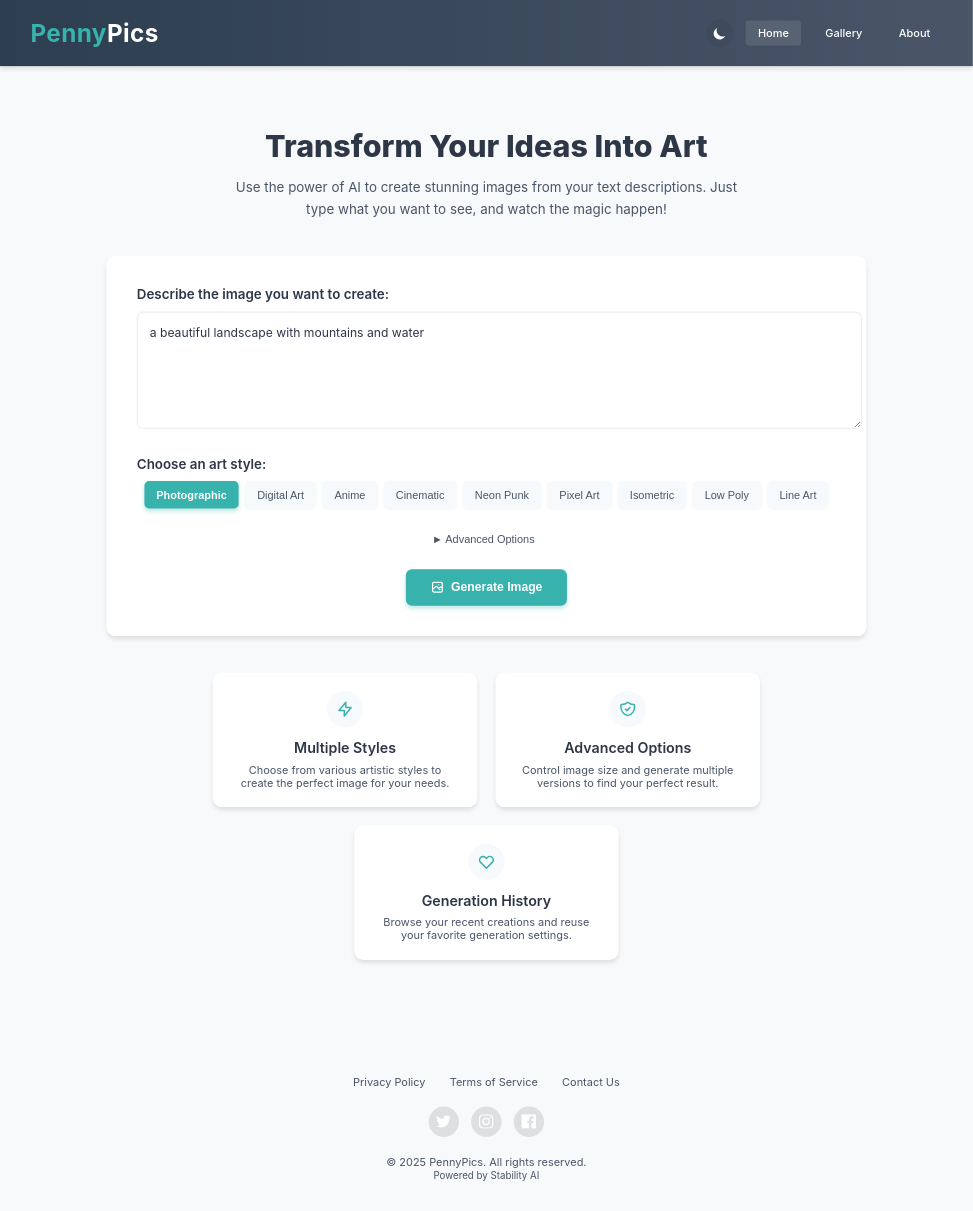
Repository: b0ase/pennypics
Page: /
An editor plug-in stored every save of this project. The page is shown before and after the next save, followed by the edit.
The browser window is 1280 px wide. The pictures show the whole page, at 76% of full size.
The project was rebuilt for these pictures with package versions that can differ from the ones it lists, and the page was loaded fresh each time. The framework's server and built-in components were replaced by stand-ins that run in the browser. Also part of the build but not shown: next.config.js.

Above is the page before, as saved 2025-04-10 14:01:06.

### pages/_app.js
import React, { createContext, useState, useEffect, useContext } from 'react';

// Create a context for dark mode
export const ThemeContext = createContext();

function MyApp({ Component, pageProps }) {
  const [darkMode, setDarkMode] = useState(false);

  // Check for saved user preference or system preference on initial load
  useEffect(() => {
    // Only run on client-side
    if (typeof window !== 'undefined') {
      const savedMode = localStorage.getItem('darkMode');
      if (savedMode !== null) {
        setDarkMode(savedMode === 'true');
      } else {
        // Check system preference
        const prefersDark = window.matchMedia('(prefers-color-scheme: dark)').matches;
        setDarkMode(prefersDark);
      }
    }
  }, []);

  // Update localStorage when dark mode changes
  useEffect(() => {
    // Only run on client-side
    if (typeof window !== 'undefined') {
      localStorage.setItem('darkMode', darkMode);
      document.body.classList.toggle('dark-mode', darkMode);
    }
  }, [darkMode]);

  const toggleDarkMode = () => {
    setDarkMode(!darkMode);
  };

  return (
    <ThemeContext.Provider value={{ darkMode, toggleDarkMode }}>
      <Component {...pageProps} />

      {/* Add global styles for dark mode */}
      <style jsx global>{`
        :root {
          --bg-primary: ${darkMode ? '#121212' : '#f8f9fa'};
          --bg-secondary: ${darkMode ? '#1e1e1e' : '#ffffff'};
          --bg-tertiary: ${darkMode ? '#2d2d2d' : '#f7fafc'};

          --text-primary: ${darkMode ? '#e2e8f0' : '#2d3748'};
          --text-secondary: ${darkMode ? '#a0aec0' : '#4a5568'};

          --accent-color: ${darkMode ? '#4fd1c5' : '#38b2ac'};
          --accent-light: ${darkMode ? 'rgba(79, 209, 197, 0.1)' : '#ebf4ff'};
          --accent-dark: ${darkMode ? '#2c7a7b' : '#2b6cb0'};

          --border-color: ${darkMode ? '#2d3748' : '#e2e8f0'};
          --error-bg: ${darkMode ? '#742a2a' : '#fff5f5'};
          --error-text: ${darkMode ? '#feb2b2' : '#e53e3e'};

          --header-bg: ${darkMode ? 'linear-gradient(90deg, #1a202c, #2d3748)' : 'linear-gradient(90deg, #2c3e50, #4a5568)'};
          --card-shadow: ${darkMode ? '0 4px 6px rgba(0, 0, 0, 0.3)' : '0 4px 6px rgba(0, 0, 0, 0.1)'};
          --footer-bg: ${darkMode ? '#1a202c' : '#2c3e50'};
          --footer-text: ${darkMode ? '#a0aec0' : '#cbd5e0'};
        }

        body {
          background-color: var(--bg-primary);
          color: var(--text-primary);
          transition: background-color 0.3s ease, color 0.3s ease;
          margin: 0;
          padding: 0;
        }

        @keyframes spin {
          to { transform: rotate(360deg); }
        }
      `}</style>
    </ThemeContext.Provider>
  );
}

// Custom hook to use the theme context
export function useTheme() {
  return useContext(ThemeContext);
}

export default MyApp;

### components/DarkModeToggle.js
import React from 'react';
import { useTheme } from '../pages/_app';

export default function DarkModeToggle() {
  const { darkMode, toggleDarkMode } = useTheme();

  return (
    <button
      onClick={toggleDarkMode}
      aria-label={darkMode ? 'Switch to light mode' : 'Switch to dark mode'}
      style={{
        background: 'transparent',
        border: 'none',
        color: 'inherit',
        cursor: 'pointer',
        display: 'flex',
        alignItems: 'center',
        justifyContent: 'center',
        padding: '8px',
        borderRadius: '50%',
        transition: 'background-color 0.2s',
        backgroundColor: darkMode ? 'rgba(255,255,255,0.1)' : 'rgba(0,0,0,0.05)'
      }}
    >
      {darkMode ? (
        <svg
          style={{ width: '1.25rem', height: '1.25rem' }}
          fill="currentColor"
          viewBox="0 0 20 20"
          xmlns="http://www.w3.org/2000/svg"
        >
          <path
            fillRule="evenodd"
            d="M10 2a1 1 0 011 1v1a1 1 0 11-2 0V3a1 1 0 011-1zm4 8a4 4 0 11-8 0 4 4 0 018 0zm-.464 4.95l.707.707a1 1 0 001.414-1.414l-.707-.707a1 1 0 00-1.414 1.414zm2.12-10.607a1 1 0 010 1.414l-.706.707a1 1 0 11-1.414-1.414l.707-.707a1 1 0 011.414 0zM17 11a1 1 0 100-2h-1a1 1 0 100 2h1zm-7 4a1 1 0 011 1v1a1 1 0 11-2 0v-1a1 1 0 011-1zM5.05 6.464A1 1 0 106.465 5.05l-.708-.707a1 1 0 00-1.414 1.414l.707.707zm1.414 8.486l-.707.707a1 1 0 01-1.414-1.414l.707-.707a1 1 0 011.414 1.414zM4 11a1 1 0 100-2H3a1 1 0 000 2h1z"
            clipRule="evenodd"
          />
        </svg>
      ) : (
        <svg
          style={{ width: '1.25rem', height: '1.25rem' }}
          fill="currentColor"
          viewBox="0 0 20 20"
          xmlns="http://www.w3.org/2000/svg"
        >
          <path
            d="M17.293 13.293A8 8 0 016.707 2.707a8.001 8.001 0 1010.586 10.586z"
          />
        </svg>
      )}
    </button>
  );
}

Loaded but not shown: pages/index.js (864 lines, source omitted)

After the next save:
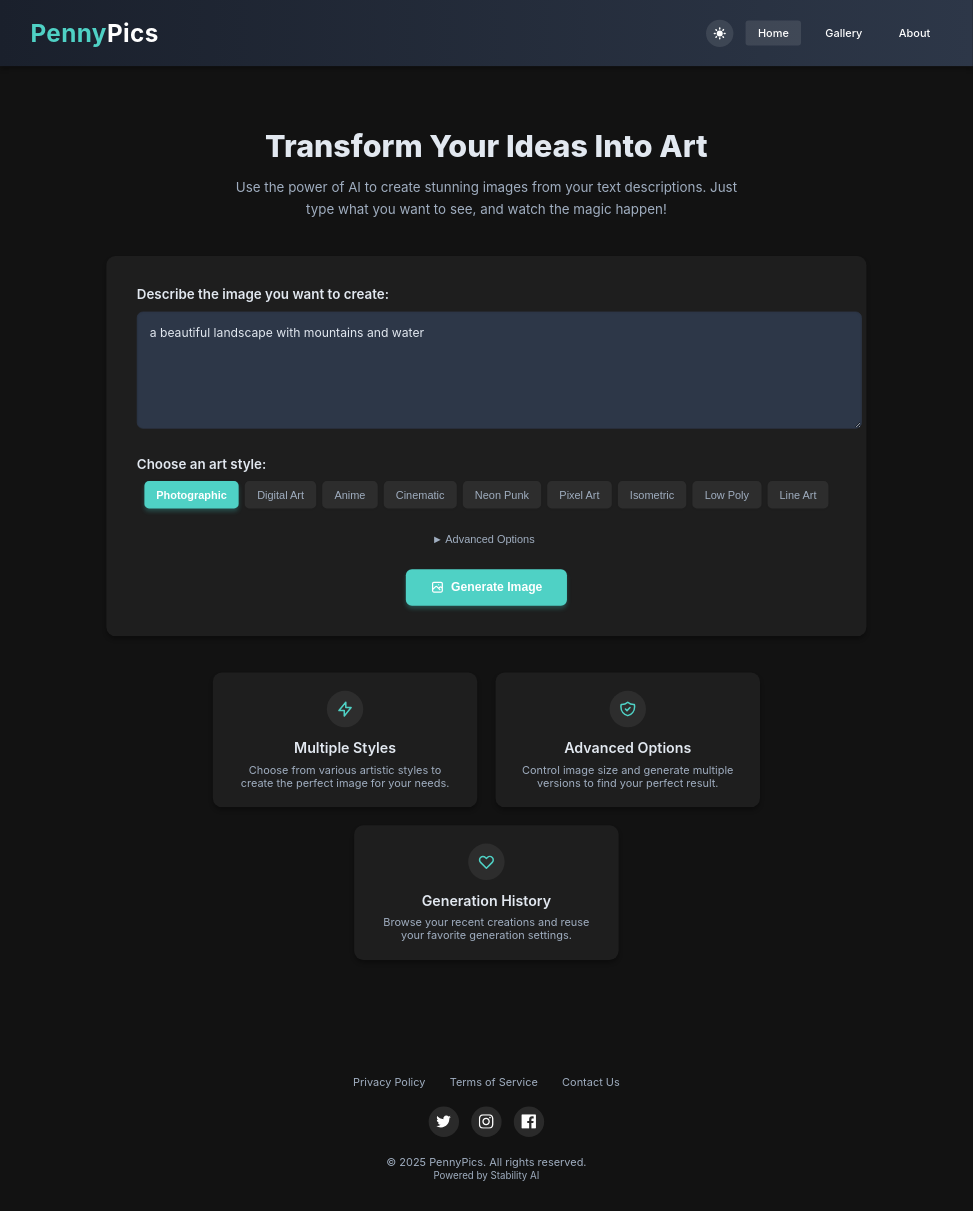
Saved 98 s later.
--- a/pages/_app.js
+++ b/pages/_app.js
@@ -4,7 +4,7 @@ import React, { createContext, useState, useEffect, useContext } from 'react';
 export const ThemeContext = createContext();
 
 function MyApp({ Component, pageProps }) {
-  const [darkMode, setDarkMode] = useState(false);
+  const [darkMode, setDarkMode] = useState(true);
 
   // Check for saved user preference or system preference on initial load
   useEffect(() => {
@@ -14,9 +14,9 @@ function MyApp({ Component, pageProps }) {
       if (savedMode !== null) {
         setDarkMode(savedMode === 'true');
       } else {
-        // Check system preference
+        // Default to dark mode, but also check system preference
         const prefersDark = window.matchMedia('(prefers-color-scheme: dark)').matches;
-        setDarkMode(prefersDark);
+        setDarkMode(prefersDark || true); // Default to true if system preference is not dark
       }
     }
   }, []);
